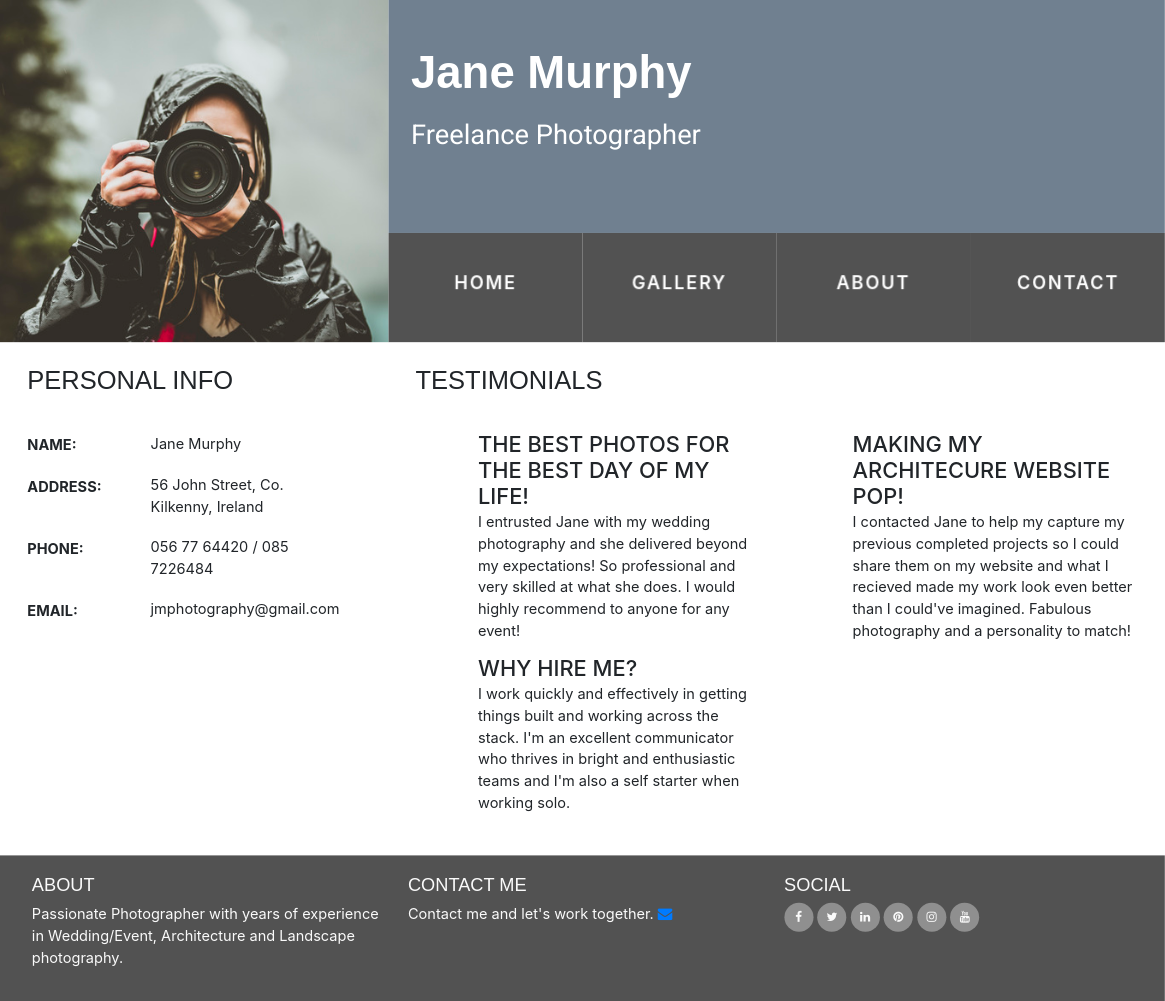
Repository: Code-Institute-Submissions/MrChrisRandall-milestone-1
Page: index.html
The author's editor kept a record of every edit. The page is drawn from the files as they stood at one moment, then again after the next edit.
The browser window is 1280 px wide. The pictures show the whole page, at 91% of full size.

Above is the page before.

### index.html
<!DOCTYPE html>
<html lang="en">

<head>
    <meta charset="UTF-8">
    <meta name="viewport" content="width=device-width, initial-scale=1.0">
    <meta http-equiv="X-UA-Compatible" content="ie=edge">
    <link rel="stylesheet" href="https://stackpath.bootstrapcdn.com/bootstrap/4.3.1/css/bootstrap.min.css" type="text/css" />
    <link rel="stylesheet" href="https://stackpath.bootstrapcdn.com/font-awesome/4.7.0/css/font-awesome.min.css" type="text/css" />
    <link rel="stylesheet" href="https://cdnjs.cloudflare.com/ajax/libs/hover.css/2.3.1/css/hover-min.css" type="text/css" />
    <link rel="stylesheet" href="assets/css/style.css" type="text/css" />
    <title>Studio 21</title>
</head>

<body>
    <header>
        <div class="row no-gutters">
            <a href="index.html" class="col-md-4 logo">

            </a>
            <div class="col-md-8">
                <div class="row no-gutters bg-color-name-title">
                    <div class="col heading">
                        <h1 class="name">Jane Murphy</h1>
                        <h2 class="title">Freelance Photographer</h2>
                    </div>
                </div>
                <div class="row no-gutters">
                    <div class="col">
                        <ul id="nav" class="list-inline menucontainer">
                            <li class="col-2 col-sm-3 ui-menu-color-home list-inline-item menuitem">
                                <a href="#" class="hvr-grow-shadow"><span>Home</span></a>
                            </li>
                            <li class="col-2 col-sm-3 ui-menu-color-gallery list-inline-item menuitem">
                                <a href="#" class="hvr-grow-shadow"><span>Gallery</span></a>
                            </li>
                            <li class="col-2 col-sm-3 ui-menu-color-about list-inline-item menuitem">
                                <a href="#" class="hvr-grow-shadow"><span>About</span></a>
                            </li>
                            <li class="col-2 col-sm-3 ui-menu-color-contact list-inline-item menuitem">
                                <a href="#" class="hvr-grow-shadow"><span>Contact</span></a>
                            </li>
                        </ul>
                    </div>
                </div>

            </div>
        </div>

    </header>

    <section class="container-fluid">
        <div class="row">
            <div class="col-md-4 section-column">
                <div class="row">
                    <div class="col-12">
                        <h3 class="section-heading uppercase">
                            Personal Info
                        </h3>
                    </div>
                </div>
                <div class="personal-info-item">
                    <div class="key">
                        <p class="uppercase">
                            Name:
                        </p>
                    </div>
                    <div class="value">
                        <p>
                            Jane Murphy
                        </p>
                    </div>
                </div>
                <div class="personal-info-item">
                    <div class="key">
                        <p class="uppercase">
                            Address:
                        </p>
                    </div>
                    <div class="value">
                        <p>
                            56 John Street, Co. Kilkenny, Ireland
                        </p>
                    </div>
                </div>
                <div class="personal-info-item">
                    <div class="key">
                        <p class="uppercase">
                            Phone:
                        </p>
                    </div>
                    <div class="value">
                        <p>
                            056 77 64420 / 085 7226484
                        </p>
                    </div>
                </div>
                <div class="personal-info-item">
                    <div class="key">
                        <p class="uppercase">
                            Email:
                        </p>
                    </div>
                    <div class="value">
                        <p>
                            jmphotography@gmail.com
                        </p>
                    </div>
                </div>
            </div>
            <div class="col-md-8 section-column">
                <div class="row">
                    <div class="col">
                        <h3 class="section-heading uppercase">Testimonials</h3>
                    </div>
                </div>
                <div class="row">
                    <div class="col-10 offset-1 offset-sm-0 col-sm-4 col-md-6">
                        <div class="row">
                            <div class="col-2">
                            </div>
                            <div class="col-10">
                                <h4 class="uppercase">The best photos for the best day of my life!</h4>
                                <p>
                                    I entrusted Jane with my wedding photography and she delivered beyond my expectations! So professional and very skilled at what she does. I would highly recommend to anyone for any event!
                                </p>
                            </div>
                        </div>
                    </div>
                    <div class="col-10 offset-1 offset-sm-0 col-sm-4 col-md-6">
                        <div class="row">
                            <div class="col-2">
                            </div>
                            <div class="col-10">
                                <h4 class="uppercase">Making my architecure website pop!</h4>
                                <p>
                                    I contacted Jane to help my capture my previous completed projects so I could share them on my website and what I recieved made my work look even better than I could've imagined. Fabulous photography and a personality to match!
                                </p>
                            </div>
                        </div>
                    </div>
                    <div class="col-10 offset-1 offset-sm-0 col-sm-4 col-md-6">
                        <div class="row">
                            <div class="col-2">
                            </div>
                            <div class="col-10">
                                <h4 class="uppercase">Why hire me?</h4>
                                <p>
                                    I work quickly and effectively in getting things built and working across the stack. I'm an excellent communicator who thrives in bright and enthusiastic teams and I'm also a self starter when working solo.
                                </p>
                            </div>
                        </div>
                    </div>
                </div>
            </div>
        </div>

    </section>

    <footer class="container-fluid">
        <div id="footer-details" class="row">
            <div class="col-sm-4">
                <h5 class="uppercase general-sub">About</h5>
                <p class="inline-block">
                    Passionate Photographer with years of experience in Wedding/Event, Architecture and Landscape photography.
                </p>
            </div>
            <div class="col-sm-4">
                <h5 class="uppercase general-sub">Contact Me</h5>
                <p class="inline-block">
                    Contact me and let's work together.
                    <a href="contact.html" class="contant-link">
                        <i class="fa fa-envelope" aria-hidden="true"></i>
                        <span class="sr-only">Contact link.</span>
                    </a>
                </p>
            </div>
            <div class="col-sm-4">
                <h5 class="uppercase general-sub">Social</h5>
                <ul class="list-inline social-links">
                    <li class="list-inline-item">
                        <a target="_blank" href="#">
                            <i class="fa fa-facebook" aria-hidden="true"></i>
                            <span class="sr-only">Facebook</span>
                        </a>
                    </li>
                    <li class="list-inline-item">
                        <a target="_blank" href="#">
                            <i class="fa fa-twitter" aria-hidden="true"></i>
                            <span class="sr-only">Twitter</span>
                        </a>
                    </li>
                    <li class="list-inline-item">
                        <a target="_blank" href="#">
                            <i class="fa fa-linkedin" aria-hidden="true"></i>
                            <span class="sr-only">LinkedIn</span>
                        </a>
                    </li>
                    <li class="list-inline-item">
                        <a target="_blank" href="#">
                            <i class="fa fa-pinterest" aria-hidden="true"></i>
                            <span class="sr-only">Pinterest</span>
                        </a>
                    </li>
                    <li class="list-inline-item">
                        <a target="_blank" href="#">
                            <i class="fa fa-instagram" aria-hidden="true"></i>
                            <span class="sr-only">Instagram</span>
                        </a>
                    </li>
                    <li class="list-inline-item">
                        <a target="_blank" href="#">
                            <i class="fa fa-youtube" aria-hidden="true"></i>
                            <span class="sr-only">YouTube</span>
                        </a>
                    </li>
                </ul>
            </div>
        </div>
    </footer>

</body>

</html>

### assets/css/style.css
@import url('https://fonts.googleapis.com/css?family=Roboto&display=swap:100,200,300,400,500,600,700|Exo:100,200,300,400,500,600,700');


/*--------------------------------------------------Colors*/

.bg-color-name-title {
    background-color: #708090;
}

.ui-menu-color-home {
    background-color: #525252;
}

.ui-menu-color-gallery {
    background-color: #525252;
}

.ui-menu-color-about {
    background-color: #525252;
}

.ui-menu-color-contact {
    background-color: #525252;
}

/*--------------------------------------------------General*/

h1,
h2,
h3,
h4 {
    margin: 0;
}

.uppercase {
    text-transform: uppercase;
}

.general-sub {
    font-family: "Exo", sans-serif;
    font-weight: 300;
    color: #fafafa
}

.inline-block {
    display: inline-block;
}

.row-table {
    display: table;
}

.section-column {
    display: table-cell;
    padding: 0 30px 30px;
    float: none;
}

.history-heading,
.section-heading {
    font-family: "Exo", sans-serif;
    font-weight: 300;
    margin-top: 25px;
    margin-bottom: 40px;
}

/*--------------------------------------------------Header*/

.header {
    margin: 0;
}

.heading {
    margin-left: 25px;
}

.logo {
    background: url(../images/pic.jpg);
    background-position: center;
    background-repeat: no-repeat;
    background-size: cover;
    min-height: 360px;
}

.name {
    font-family: "Exo", sans-serif;
    font-weight: 600;
    font-size: 50px;
    margin-top: 50px;
    color: #fff;
}

.title {
    font-family: "Roboto", sans-serif;
    font-weight: 400;
    font-size: 30px;
    margin-top: 20px;
    margin-bottom: 90px;
    color: #fff;
}

.list-inline-item:not(:last-child) {
    margin: 0;
}

.menucontainer {
    font-size: 0;
}

#nav {
    margin: 0;
}

#nav li {
    font-size: 14px;
    padding: 0;
}

.menuitem {
    height: 120px;
    text-align: center;
    padding: 0;
}

.menuitem a {
    width: 100%;
    text-decoration: none;
    color: #fff;
    height: 120px;
}

.menuitem span {
    display: block;
    width: 100%;
    padding-top: 40px;
    text-align: center;
    text-transform: uppercase;
    font-size: 20px;
    font-weight: 600;
    letter-spacing: 2px;
}

/*--------------------------------------------------Footer*/

footer {
    background-color: #525252;
    color: #fafafa;
    min-height: 120px;
    margin: 0;
}

.contact-link i {
    width: 32px;
    height: 32px;
    padding: 12px 0;
    border-radius: 50%;
    font-size: 13px;
    line-height: 7px;
    text-align: center;
    color: #fafafa;
    background: #8f8f8f;
    transition: all 0.35s ease-in-out;
    -moz-transition: all 0.35s ease-in-out;
    -webkit-transition: all 0.35s ease-in-out;
    -o-transition: all 0.35s ease-in-out;
}

.social-links {
    padding-bottom: 15px;
}

.social-links li a i {
    width: 32px;
    height: 32px;
    padding: 12px 0;
    border-radius: 50%;
    font-size: 13px;
    line-height: 7px;
    text-align: center;
    color: #fafafa;
    background: #8f8f8f;
    transition: all 0.35s ease-in-out;
    -moz-transition: all 0.35s ease-in-out;
    -webkit-transition: all 0.35s ease-in-out;
    -o-transition: all 0.35s ease-in-out;
}

.social-links li a i:hover {
    background: #708090;
}

#footer-details {
    padding: 20px;
}

/*--------------------------------------------------Personal Info*/

.personal-info-item {
    margin-bottom: 20px;
    display: block;
    clear: both;
}

.personal-info-item .key,
.personal-info-item .value {
    padding-right: 8px;
    display: inline-block;
}

.personal-info-item .key p,
.personal-info-item .value p {
    margin: 0;
}

.personal-info-item .key {
    width: 30%;
    margin-right: 21px;
    padding-top: 2px;
    vertical-align: top;
}

.personal-info-item .key p {
    font-weight: 700;
}

.personal-info-item .value {
    position: relative;
    width: 60%;
}

/*--------------------------------------------------Contact Form*/

.contact-heading {
    font-family: "Exo", sans-serif;
    font-weight: 300;
    margin-top: 25px;
    margin-bottom: 20px;
}

.center-form {
    padding-top: 10px;
    margin: 0 auto;
    max-width: 70%;
}

button[type="submit"] {
    margin-top: 15px;
    margin-bottom: 20px;
    color: #fafafa;
    background-color: #e84610;
}

After the next edit:
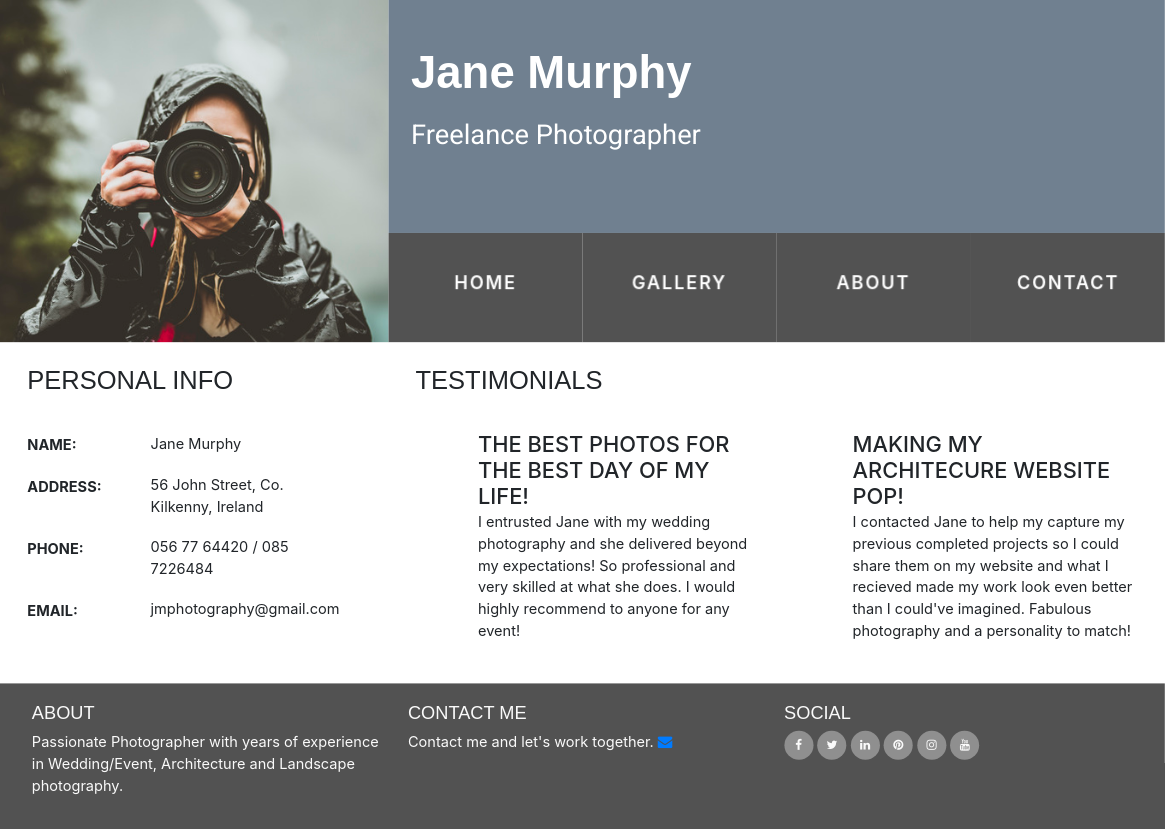
The edit:
--- a/index.html
+++ b/index.html
@@ -143,12 +143,6 @@
                         <div class="row">
                             <div class="col-2">
                             </div>
-                            <div class="col-10">
-                                <h4 class="uppercase">Why hire me?</h4>
-                                <p>
-                                    I work quickly and effectively in getting things built and working across the stack. I'm an excellent communicator who thrives in bright and enthusiastic teams and I'm also a self starter when working solo.
-                                </p>
-                            </div>
                         </div>
                     </div>
                 </div>
